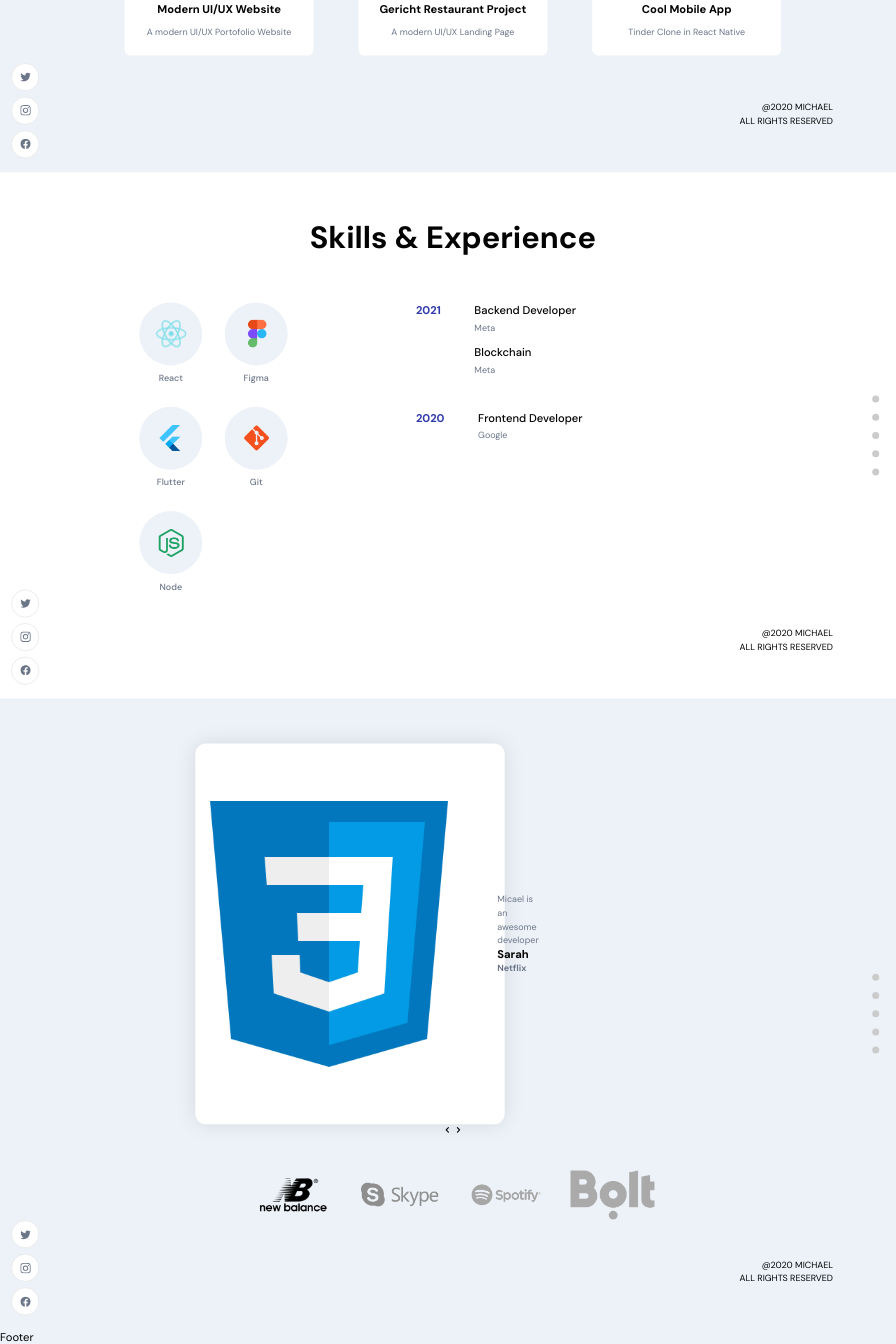
Repository: itbeginswithi/react_jsm_portfolio
Page: /
These files come from the project's save history. The page is drawn as it stood at one moment and after a run of saves; the edit follows.
The browser window is 1280 px wide. The pictures show the part of the page from y = 1993 to 3913 px (the page is 3913 px tall before and 3810 px after), at 70% of full size.
The project was rebuilt for these pictures with package versions that can differ from the ones it lists, and the page was loaded fresh each time. Also part of the build but not shown: src/containers/Footer/Footer.scss.

Above is the page before, as saved 2022-04-05 09:06:40.

### src/index.js
import React from 'react';
import {createRoot} from 'react-dom/client'

import './index.css';
import App from './App';

const container = document.getElementById('root');
const root = createRoot(container);
root.render(<App tab="home" />);

### src/App.jsx
import React from 'react'

import './App.scss'
import {Header, About, Work, Skills, Testimonials, Footer} from './containers'
import {Navbar} from './components'

const App = () => {
  return (
    <div className="app">
      <Navbar/>
      <Header/>
      <About/>
      <Work/>
      <Skills/>
      <Testimonials/>
      <Footer/>
    </div>
  )
}

export default App

### src/containers/About/About.jsx
import React from 'react'
import {motion, MotionValue} from 'framer-motion'

import './About.scss'
import { AppWrapper, MotionWrap } from '../../wrapper'
import {images} from '../../constants'

const abouts = [
  {
    title: 'Web Development',
    description: 'I am a good web developer',
    imgUrl: images.about01
  },
  {
    title: 'Frontend Development',
    description: 'I am good at developing the web',
    imgUrl: images.about02
  },
  {
    title: 'Backend Development',
    description: 'I am good at developing the web',
    imgUrl: images.about03
  },
  {
    title: 'Mern Stack',
    description: 'I am good at developing the web',
    imgUrl: images.about04
  },
]

const About = () => {
  return (
    <>
      <h2 className="head-text">
        I know That <span>Good Apps</span> <br/> means <span>Good Business</span>
      </h2>

      <div className="app__profiles">
        {abouts.map((about, index) => (
          <motion.div
            whileInView={{opacity: 1}}
            whileHover={{scale: 1.1}}
            transition={{duration: 0.5, type: 'tween'}}
            className="app__profile-item"
            key={about.title + index}
          >
            <img src={about.imgUrl} alt={about.title}/>
            <h2 className="bold-text" style={{marginTop: 20}}>{about.title}</h2>
            <p className="p-text" style={{marginTop: 10}}>{about.description}</p>
          </motion.div>
        ))}
      </div>
    </>
  )
}

export default AppWrapper(
  MotionWrap(About, 'app__about'),
  'about',
  'app__whitebg'
)

### src/containers/Footer/Footer.jsx
import React from 'react'

import './Footer.scss'

const Footer = () => {
  return (
    <div>Footer</div>
  )
}

export default Footer

### src/containers/Header/Header.jsx
import React from 'react'
import { motion } from 'framer-motion'

import './Header.scss'
import { AppWrapper } from '../../wrapper'
import {images} from '../../constants'

const scaleVariants = {
  whileInView: {
    scale: [0, 1],
    opacity: [0, 1],
    transition: {
      duration: 1,
      ease: 'easeInOut'
    }
  }
}

const Header = () => {
  return (
    <div className="app__header app__flex">
      <motion.div
        whileInView={{x: [-100, 0], opacity: [0, 1]}}
        transition={{duration: 0.5}}
        className="app_header-info"
      >
        <div className="app__header-badge">
          <div className="badge-cmp app__flex">
            <span>👋</span>
            <div style={{marginLeft: 20}}>
              <p className="p__text">Hello, I am</p>
              <h1 className="head-text">Micael</h1>
            </div>
          </div>
          <div className="tag-cmp app__flex">
            <p className="p__text">Web Developer</p>
            <p className="p__text">Freelancer</p>
          </div>
        </div>
      </motion.div>
      <motion.div
        whileInView={{opacity: [0,1]}}
        transition={{duration: 0.5, delayChildren: 0.5}}
        className="app__header-img"
      >
        <img src={images.profile} alt="profile_bg" />
        <motion.img
          whileInView={{scale: [0,1]}}
          transition={{duration: 0.5, delayChildren: 0.5}}
          src={images.circle}
          alt="overlay_circle"
          className="overlay_circle"
          draggable="false"
        />
      </motion.div>
      <motion.div
        variant={scaleVariants}
        whileInView={scaleVariants.whileInView}
        className="app__header-circles"
      >
        {[images.flutter, images.redux, images.sass].map((circle, i) => (
          <div className="circle-cmp app__flex" key={`circle-${i}`}>
            <img src={circle} alt="circle"/>
          </div>
        )) }
      </motion.div>
    </div>
  )
}

export default AppWrapper(Header, 'home')

### src/containers/Testimonials/Testimonials.jsx
import React, { useState } from 'react'
import { motion } from "framer-motion";
import {HiChevronLeft, HiChevronRight} from 'react-icons/hi'

import './Testimonial.scss'
import { AppWrapper, MotionWrap } from "../../wrapper";
import { images } from "../../constants";

const brands = [
  {
    name: 'New Balance',
    imgUrl: images.nb
  },
  {
    name: 'Skype',
    imgUrl: images.skype
  },
  {
    name: 'Spotify',
    imgUrl: images.spotify
  },
  {
    name: 'Bolt',
    imgUrl: images.bolt
  },
];
const testimonials = [
  {
    name: 'Sarah',
    company: 'Netflix',
    imgUrl: images.css,
    feedback: 'Micael is an awesome developer'
  },
  {
    name: 'Michael',
    company: 'Google',
    imgUrl: images.html,
    feedback: 'Great job, would recommend!'
  },
];

const Testimonials = () => {
  const [currentIndex, setCurrentIndex] = useState(0)
  const test = testimonials[currentIndex];

  const handleClick = (index) => {
    setCurrentIndex(index);
  }

  return (
    <>
      {testimonials.length && (
        <>
          <div className="app__testimonial-item app__flex">
            <img src={test.imgUrl} alt="testimonials"/>
            <div className="app__testimonial-content">
              <p className="p-text">
                {test.feedback}
              </p>
              <div>
                <h4 className="bold-text">{test.name}</h4>
                <h5 className="p-text">{test.company}</h5>
              </div>
            </div>
          </div>
          <div className="app__testimonial-btns app__flex">
            <div className="app__flex" onClick={() => handleClick(currentIndex  === 0 ? testimonials.length -1 : currentIndex - 1)}>
              <HiChevronLeft/>
            </div>
            <div className="app__flex" onClick={() => handleClick(currentIndex  === testimonials.length -1 ? 0 : currentIndex + 1 )}>
              <HiChevronRight/>
            </div>
          </div>
        </>
      )}

      <div className="app__testimonial-brands app__flex">
        {
          brands.map((brand) => (
            <motion.div
              whileInView={{opacity: [0, 1]}}
              transition={{duration: 0.5, type: 'tween'}}
              key={brand.id}
            >
              <img src={brand.imgUrl} alt={brand.name} />
            </motion.div>
          ))
        }
      </div>
    </>
  )
}

export default AppWrapper(MotionWrap(Testimonials, 'app__testimonial'), 'testimonials', 'app__primarybg')

### src/components/Navbar/Navbar.jsx
import React, { useState } from "react";
import { Link } from "react-scroll";

import "./Navbar.scss";
import { HiMenuAlt4, HiX } from "react-icons/hi";
import { motion } from "framer-motion";
import { images } from "../../constants";

const Navbar = () => {
  const [toggle, setToggle] = useState(false);

  return (
    <nav className="app__navbar">
      <div className="app__navbar-logo">
        <img src={images.logo} alt="logo" />
      </div>
      <ul className="app__navbar-links">
        {["home", "about", "contact", "work", "skills"].map(
          (item, i) => (
            <li key={i} className="app__flex p-text">
              <div />
              <Link
                to={item}
                spy={true}
                // smooth={true}
                // hashSpy={true}
                // offset={50}
                duration={500}
                // delay={500}
                isDynamic={true}
                activeClass="activeLink"
              >
                {item}
              </Link>
            </li>
          )
        )}
      </ul>
      <div className="app__navbar-menu">
        <HiMenuAlt4 onClick={() => setToggle(true)} />
        {toggle && (
          <motion.div
            whileInView={{ x: [300, 0] }}
            transition={{ duration: 0.85, ease: "easeOut" }}
          >
            <HiX onClick={() => setToggle(false)} />
            <ul className="app__navbar-links">
            {["home", "about", "contact", "work", "skills"].map(
              (item) => (
                <li key={`link-${item}`} className="app__flex p-text">
                  <Link
                    to={item}
                    // spy={true}
                    // smooth={true}
                    // hashSpy={true}
                    // offset={50}
                    duration={500}
                    isDynamic={true}
                    activeClass="activeLink"
                    onClick={() => setToggle(false)}
                  >
                    {item}
                  </Link>
                </li>
              )
            )}
            </ul>
          </motion.div>
        )}
      </div>
    </nav>
  );
};

export default Navbar;

### src/components/SocialMedia.jsx
import React from 'react'
import {BsTwitter, BsInstagram} from 'react-icons/bs'
import {FaFacebook} from 'react-icons/fa'

const socialMedia = () => {
  return (
    <div className="app__social">
        <div>
            <BsTwitter/>
        </div>
        <div>
            <BsInstagram/>
        </div>
        <div>
            <FaFacebook/>
        </div>
    </div>
  )
}

export default socialMedia

### src/components/NavigationDots.jsx
import React from 'react'
import {Link} from 'react-scroll'

const NavigationDots = ({active}) => {
  return (
    <div className="app__navigation">

        {
            ["home", "about", "contact", "work", "skills"].map((item, i) => (
                    <Link
                        key={i}
                        to={item}
                        duration={500}
                        isDynamic={true}
                        activeClass="activeLink"
                        className="app__navigation-dot"
                        style={active === true ? {backgroundColor: '#313BAC'} : {}}
                    />
            ))
        }
    </div>
  )
}

export default NavigationDots

### src/containers/About/About.scss
#about{
    padding-top: 2rem;
}

.app__about{
    flex: 1;
    width: 100%;
    flex-direction: column;
}

.app__profiles{
    display: flex;
    justify-content: center;
    align-items: flex-start;
    flex-wrap: wrap;
    align-content: flex-start;
    margin-top: 2rem;
    gap: 2rem;
}

.app__profile-item{
    width: 190px;
    display: flex;
    justify-content: flex-start;
    align-items: flex-start;
    flex-direction: column;

    img{
        width: 100%;
        height: 170px;
        border-radius: 15px;
        object-fit: cover;
    }

    @media (min-width: 2000px){
        width: 370px;
        margin: 2rem 4rem;

        img{
            height: 320px;

        }
    }
}

### src/containers/Work/Work.scss
.app__works {
  flex: 1;
  width: 100%;
  flex-direction: column;
}

.app__work-filter {
  display: flex;
  flex-direction: row;
  justify-content: center;
  align-items: center;
  flex-wrap: wrap;
  gap: 0.5rem;

  margin: 4rem 0 2rem;

  .app__work-filter-item {
    padding: 0.5rem 1rem;
    border-radius: 0.5rem;
    background-color: #fff;
    color: #000;
    font-weight: 800;
    transition: all 0.3s ease;
    cursor: pointer;

    &:hover {
      background-color: var(--secondary-color);
      color: #fff;
    }

    @media screen and (min-width: 2000px) {
      padding: 1rem 2rem;
      border-radius: 0.85rem;
    }
  }

  .item-active {
    background-color: var(--secondary-color);
    color: #fff;
  }
}

.app__work-portfolio {
  display: flex;
  flex-wrap: wrap;
  justify-content: center;
  align-items: center;

  .app__work-item {
    width: 270px;
    flex-direction: column;
    margin: 2rem;
    padding: 1rem;
    border-radius: 0.5rem;
    background-color: #fff;
    color: #000;
    cursor: pointer;
    transition: all 0.3s ease;

    &:hover {
      box-shadow: 0 0 25px rgba(0, 0, 0, 0.2);
    }

    @media screen and (min-width: 2000px) {
      width: 470px;
      padding: 1.25rem;
      border-radius: 0.75rem;
    }

    @media screen and (max-width: 300px) {
      width: 100%;
      margin: 1rem;
    }
  }
}

.app__work-img {
  width: 100%;
  height: 230px;
  position: relative;
  border-radius: 0.5rem;
  overflow: hidden;

  img {
    height: 100%;
    width: 100%;
    object-fit: cover;
  }

  @media screen and (min-width: 2000px) {
    height: 350px;
  }
}

.app__work-hover {
  position: absolute;
  top: 0;
  bottom: 0;
  right: 0;
  left: 0;
  background-color: rgba(0, 0, 0, 0.5);

  opacity: 0;
  transition: all 0.3s ease;

  div {
    width: 50px;
    height: 50px;
    border-radius: 50%;
    background-color: rgba(0, 0, 0, 0.5);
    color: #fff;

    margin: 1rem;
    font-family: var(--font-base);
    font-weight: 800;
    transition: all .3s ease;

    svg{
        height: 50%;
        width: 50%;
        color: var(--white-color);
    }
  }
}

.app__work-content{
    padding: 0.5rem;
    width: 100%;
    position: relative;
    flex-direction: column;

    h4{
        margin-top: 1rem;
        line-height: 1.5;
    }

    .app__work-tag{
        position: absolute;
        padding: 0.5rem;
        border-radius: 10px;
        background-color: #fff;
        top: -25px;
    }
}

### src/containers/Skills/Skills.scss
.app__skills {
  flex: 1;
  width: 100%;
  flex-direction: column;
}

.app__skills-container {
  width: 80%;
  margin-top: 3rem;

  display: flex;
  flex-direction: row;
  gap: 5rem;

  @media screen and (max-width: 900px) {
    width: 100%;
    flex-direction: column;
  }
}

.app__skills-list {
  flex: 1;
  display: flex;
  flex-wrap: wrap;
  justify-content: flex-start;
  align-items: flex-start;

  @media screen and (max-width: 900px) {
    margin-right: 0;
    justify-content: center;
    align-items: center;
  }
}

.app__skills-item {
  flex-direction: column;
  text-align: center;
  margin: 1rem;
  transition: all 0.3s ease-in-out;

  div {
    width: 90px;
    height: 90px;
    border-radius: 50%;
    background-color: #fff;

    img {
      width: 50%;
      height: 50%;
      object-fit: cover;
    }

    &:hover {
      box-shadow: 0 0 25px #fef4f5;
    }

    @media screen and (min-width: 2000px) {
      width: 150px;
      height: 150px;
    }

    @media screen and (max-width: 900px) {
      width: 70px;
      height: 70px;
    }
  }

  p {
    font-weight: 500;
    margin-top: 0.5rem;
  }

  @media screen and (min-width: 2000px) {
    margin: 1rem 2rem;

    p {
      margin-top: 1rem;
    }
  }
}

.app__skills-exp {
  flex: 1;
  display: flex;
  justify-content: flex-start;
  align-items: flex-start;
  flex-direction: column;

  @media screen and (max-width: 900px) {
    margin-top: 2rem;
  }
}

.app__skills-exp-item {
  width: 100%;
  display: flex;
  flex-direction: row;
  justify-content: flex-start;
  align-items: flex-start;
  margin: 1rem 0;
}

.app__skills-exp-works {
  flex: 1;

  .app__skills-exp-work {
    display: flex;
    flex-direction: column;
    justify-content: flex-start;
    align-items: flex-start;
    margin-bottom: 1rem;
    cursor: pointer;

    h4 {
      font-weight: 500;
    }

    p {
      font-weight: 400;
      color: var(--gray-color);
      margin-top: 5px;
    }
  }
}

.app__skills-exp-year {
  margin-right: 3rem;

  p {
    font-weight: 800;
    color: var(--secondary-color);
  }

  @media screen and (max-width: 450px) {
    margin-right: 1rem;
  }
}

.skills-tooltip {
  max-width: 300px !important;
  background-color: var(--white-color) !important;
  box-shadow: 0 0 25px rgba(0, 0, 0, 0.1) !important;
  border-radius: 5px !important;
  padding: 1rem !important;
  color: var(--gray-color) !important;
  text-align: center !important;
  line-height: 1.5 !important;
  opacity: 1 !important;

  &::after {
    bottom: -7px !important;
    border-top-color: var(--white-color) !important;
    box-shadow: 0 0 25px rgba(0, 0, 0, 0.1) !important;
  }

  @media screen and (min-width: 2000px) {
    font-size: 1.75rem !important;
    max-width: 500px !important;
    line-height: 2 !important;
  }
}

### src/containers/Testimonials/Testimonial.scss
.app__testimonial{
    flex: 1;
    width: 100%;
    flex-direction: column;
}

.app__testimonial-item{
    width: 60%;
    min-height: 320px;
    background-color: var(--white-color);
    display: flex;
    padding: 2rem;
    border-radius: 15px;
    box-shadow: 0 0 30px rgba(0, 0, 0, 0.1);
    transition: all 0.3s ease-in-out;

    ing{
        width: 100%;
        width: 100%
    }
}

.app__testimonial-brands{
    width: 80%;
    flex-wrap: wrap;
    margin-top: 2rem;

    div{
        width: 150px;
        margin: 1.5rem;

        img{
            width: 100%;
            height: auto;
            object-fit: cover;
            filter: grayscale(1);
        }

        &:hover{
            img{
                filter: grayscale(0);
            }
        }

        @media screen and (min-width: 2000px){
            width: 210px;
            margin: 2rem;
        }

        @media screen and (min-width: 450px){
            width: 120px;
            margin: 1rem;
        }
    }

    @media screen and (min-width: 800px){
        width: 100%;
    }
}

### src/components/Navbar/Navbar.scss
.app__navbar {
  width: 100%;
  display: flex;
  justify-content: space-between;
  align-items: center;

  padding: 1rem 2rem;
  backdrop-filter: blur(4px);
  -webkit-backdrop-filter: blur(4px);
  border: 1px solid rgba(255, 255, 255, 0.18);
  position: fixed;
  z-index: 2;
}

.app-container-logo {
  display: flex;
  justify-content: center;
  align-items: center;

  & img {
    width: 90px;
    height: 20px;

    @media screen and (min-width: 2000px) {
      width: 180px;
      height: 40px;
    }
  }
}

.activeLink {
  color: var(--secondary-color);
}

.app__navbar-links {
  flex: 1;
  display: flex;
  justify-content: center;
  align-items: center;
  gap: 1rem;

  & li {
    cursor: pointer;
    flex-direction: column;

    & div {
      width: 5px;
      height: 5px;
      background: transparent;
      border-radius: 50%;
      margin-bottom: 5px;
    }

    a {
      color: var(--gray-color);
      text-decoration: none;
      flex-direction: column;

      text-transform: uppercase;
      font-weight: 500;

      transition: all 0.3s ease-in-out;

      &:hover {
        color: var(--secondary-color);
      }
    }

    &:hover {
      div {
        background-color: var(--brown-color);
      }
    }
  }

  @media screen and (max-width: 900px) {
    display: none;
  }
}

.app__navbar-menu {
  width: 35px;
  height: 35px;
  border-radius: 50%;
  position: relative;

  display: flex;
  justify-content: center;
  align-items: center;
  background: var(--secondary-color);

  svg {
    width: 70%;
    height: 70%;
    color: var(--white-color);
  }

  div {
    position: fixed;
    top: 0;
    bottom: 0;
    right: 0;
    z-index: 5;

    padding: 1rem;
    width: 80%;
    height: 100vh;

    display: flex;
    flex-direction: column;
    align-items: flex-end;
    justify-content: flex-end;

    background-image: url("../../assets/bgWhite.png");
    background-color: var(--white-color);
    background-size: cover;
    background-repeat: repeat;

    box-shadow: 0 0 20px rgba(168, 168, 168, 0.15);

    svg {
      color: var(--secondary-color);
      width: 35px;
      height: 35px;
      margin: 0.5rem 1rem;
    }

    ul {
      list-style: none;
      margin: 0;
      padding: 0;
      height: 100%;
      width: 100%;

      display: flex;
      justify-content: flex-start;
      align-items: flex-start;
      flex-direction: column;

      li {
        cursor: pointer;
      }
    }

    @media screen and (min-width: 900px) {
        display: none;
    }
  }

  @media screen and (min-width: 900px) {
    display: none;
  }
}

### src/wrapper/AppWrapper.jsx
import React from 'react';
import { NavigationDots, SocialMedia } from '../components';

const AppWrap = (Component, idName, classNames) => function HOC() {
  return (
    <div id={idName} className={`app__container ${classNames}`}>
      <SocialMedia />
      <div className="app__wrapper app__flex">
        <Component />

        <div className="copyright">
          <p className="p-text">@2020 MICHAEL</p>
          <p className="p-text">All rights reserved</p>
        </div>
      </div>
      <NavigationDots active={idName} />
    </div>
  );
};

export default AppWrap;

### src/wrapper/MotionWrap.jsx
import React from 'react'
import { motion } from 'framer-motion'

const MotionWrap = (Component, classNames) => function HOC() {
  return (
    <motion.div
        whileInView={{opacity: [0,0,1], y: [100, 50, 0]}}
        transition={{duration: 0.5}}
        clclassName={`${classNames} app__flex`}
    >
        <Component/>
    </motion.div>
  )
}

export default MotionWrap

Loaded but not shown: src/index.css (common file); src/constants/index.js (common file); src/constants/images.js (72 lines, source omitted); src/containers/index.js (6 lines, source omitted); src/components/index.js (3 lines, source omitted); src/wrapper/index.js (2 lines, source omitted); src/containers/Work/Work.jsx (122 lines, source omitted); src/containers/Skills/Skills.jsx (135 lines, source omitted); src/containers/Header/Header.scss (190 lines, source omitted); src/App.scss (188 lines, source omitted)

After the next 6 saves:
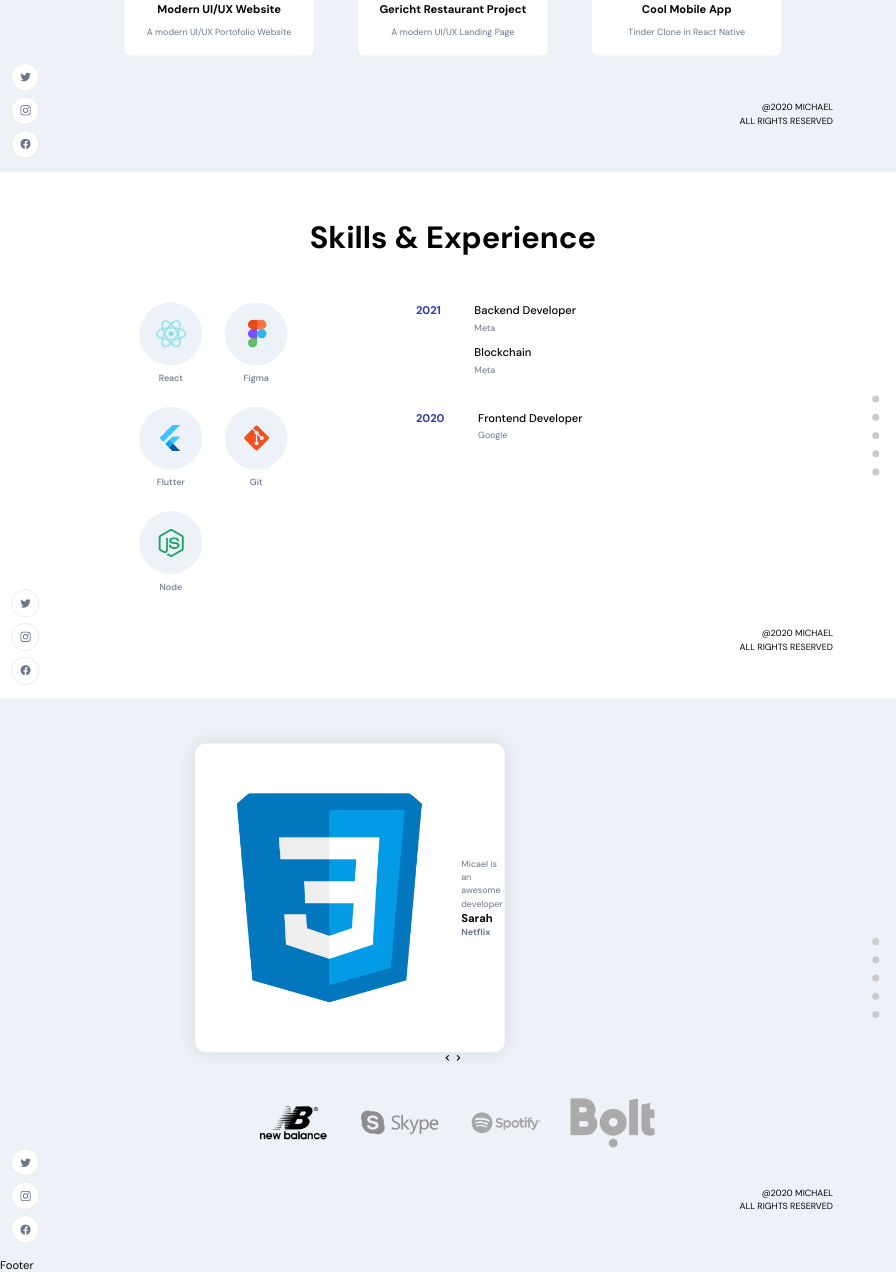
The 6 saves are shown as one change because they came seconds apart.
The last was saved 18 s later.
--- a/src/containers/Testimonials/Testimonial.scss
+++ b/src/containers/Testimonials/Testimonial.scss
@@ -14,9 +14,11 @@
     box-shadow: 0 0 30px rgba(0, 0, 0, 0.1);
     transition: all 0.3s ease-in-out;
 
-    ing{
+    img{
         width: 100%;
-        width: 100%
+        height: 100%;
+        border-radius: 50%;
+
     }
 }
 
